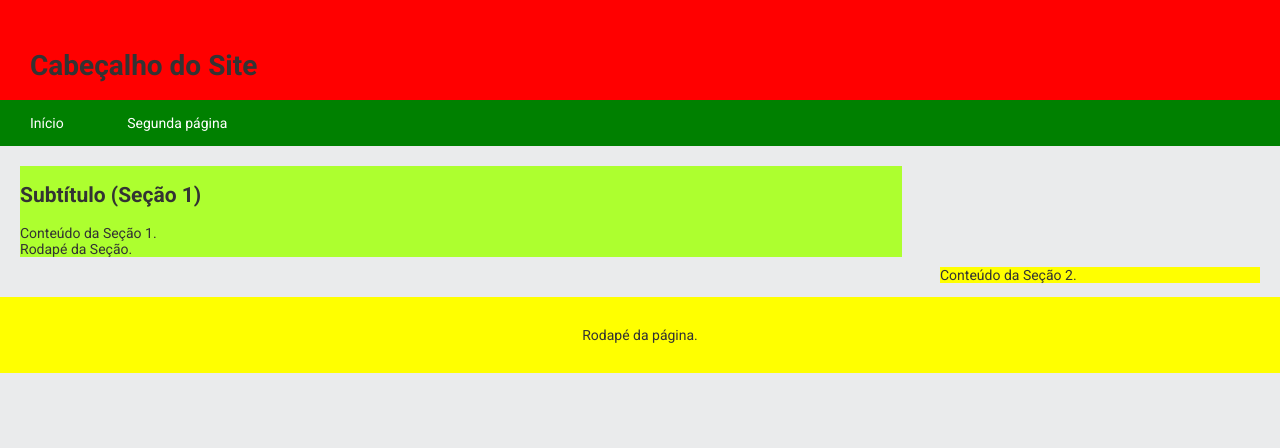
Repository: rrresck/pos_graduacao
Page: index.html
The author's editor kept a copy of each file at every save. The page is drawn from the files as they stood at one save, then again after the next save.
The browser window is 1280 px wide. The pictures show the whole page.

Above is the page before, as saved 2023-05-04 11:32:38.

### index.html
<!DOCTYPE html>
<html lang="pt-BR">
<head>
    <meta charset="UTF-8">
    <meta http-equiv="X-UA-Compatible" content="IE=edge">
    <meta name="viewport" content="width=device-width, initial-scale=1.0">
    <meta name="author" content="Rafael Rodrigues Resck">
    <meta name="description" content="Template inicial do HTML.">
    <link rel="stylesheet" href="css/styles.css">
    <title>Tema 5 - Bloco 1</title>
</head>
<body>
    <header class="cabecalho">
        <h1>Cabeçalho do Site</h1>
    </header>
    <nav class="menu">
        <ul>
            <li><a href="index.html">Início</a></li>
            <li><a href="#">Segunda página</a></li>
        </ul>
    </nav>
    <div class="row">
        <section id="secao1">
            <header>
                <h2>Subtítulo (Seção 1)</h2>
            </header>
            <article>
                Conteúdo da Seção 1.
            </article>
            <footer>
                Rodapé da Seção.
            </footer>
            <aside id="secao2">
                Conteúdo da Seção 2.
            </aside>
        </section>
    </div>
    <footer class="rodape">
        Rodapé da página.
    </footer>
</body>
</html>

### css/styles.css
@import url("https://fonts.googleapis.com/css?family=Roboto:400,500,700&display=swap");

body {
    margin: 0;
    padding: 0;
    font: 14px "Roboto", sans-serif;
    color: #333;
    background: #eaebec;
    -webkit-font-smoothing: antialiased !important;
}

.cabecalho {
    height: 40px;
    padding: 30px;
    text-align: left;
    background: red;
    overflow: hidden;
}

.menu {
    background-color: green;
    overflow: hidden;
}

.menu ul {
    margin-right: 10%;
    margin-left: 10%;
}

.menu ul, li {
    padding: 0;
    margin: 0;
}

.menu li, a {
    color: #ffffff;
    text-decoration: none;
    display: inline-block;
}

.menu a {
    padding: 15px 30px;
}

.menu a:hover {
    background-color: white;
    color: black;
}

.row {
    padding: 10px;
}

#secao1 {
    float: left;
    width: 70%;
    background-color: greenyellow;
    margin: 10px;
}

#secao2 {
    float: left;
    position: fixed;
    right: 10px;
    width: 25%;
    background-color: yellow;
    margin: 10px;
}

.row::after {
    content: "";
    display: table;
    clear: both;
}

.rodape {
    padding: 30px;
    background: yellow;
    text-align: center;
    margin-top: 20px;
}

After the next save:
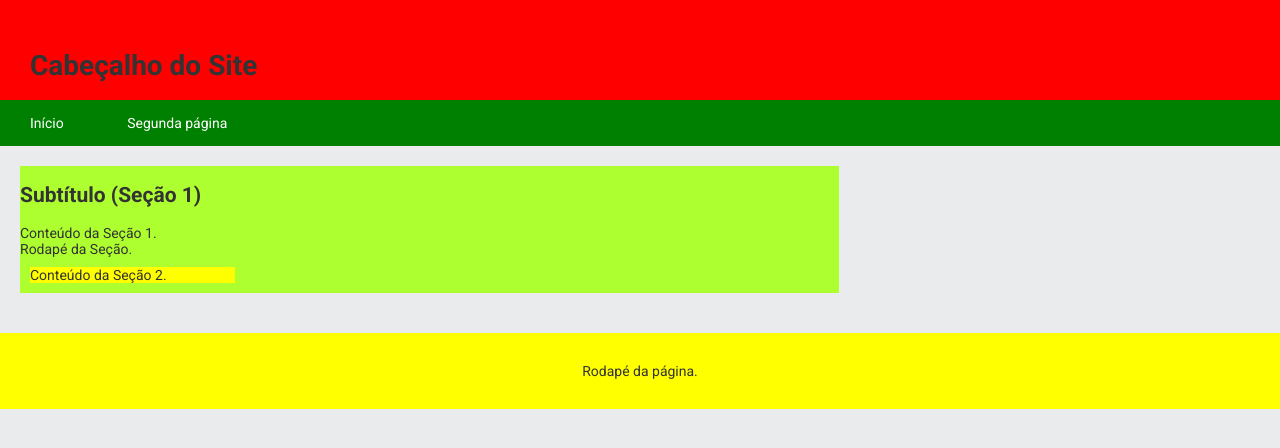
Saved 4 min 10 s later.
--- a/css/styles.css
+++ b/css/styles.css
@@ -53,15 +53,13 @@ body {
 
 #secao1 {
     float: left;
-    width: 70%;
+    width: 65%;
     background-color: greenyellow;
     margin: 10px;
 }
 
 #secao2 {
     float: left;
-    position: fixed;
-    right: 10px;
     width: 25%;
     background-color: yellow;
     margin: 10px;
